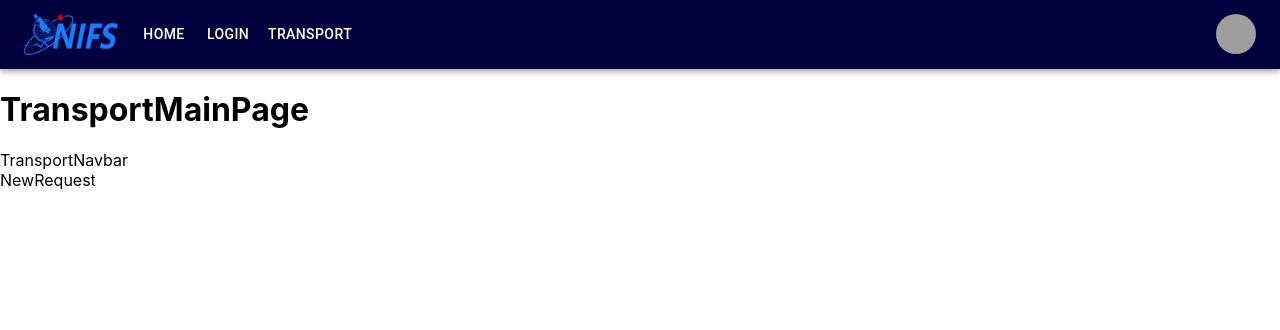
Repository: Ravindu97/NIFS_WebApplication
Page: /transport (app in client/)
The author's editor kept a copy of each file at every save. The page is drawn from the files as they stood at one save, then again after the next save.
The browser window is 1280 px wide. The pictures show the whole page.
Pictures or frames that could not be fetched are drawn as grey boxes. The project was rebuilt for these pictures with package versions that can differ from the ones it lists, and the page was loaded fresh each time. Also part of the build but not shown: client/src/pages/Home.js, client/src/pages/Login.js, client/src/components/Transport/RecommendedRequest.js.

Above is the page before, as saved 2022-06-30 19:18:31.

After the next save:
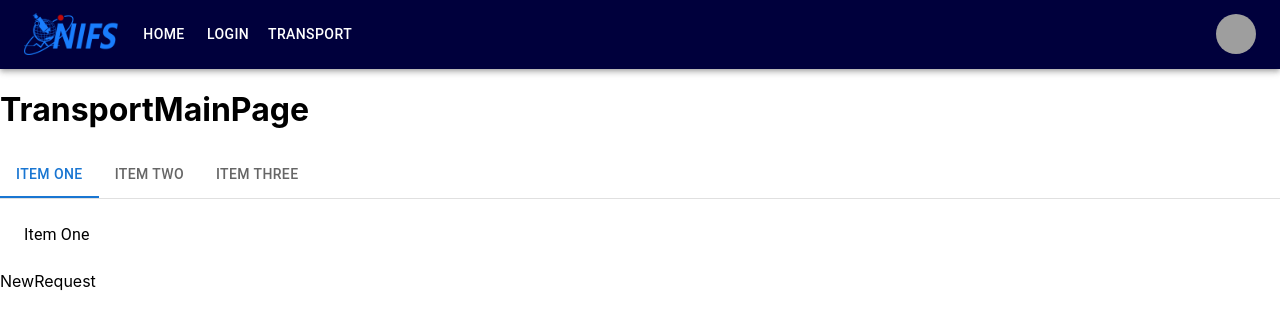
Saved 110 s later.
--- a/client/src/components/Transport/shared/TransportNavbar.js
+++ b/client/src/components/Transport/shared/TransportNavbar.js
@@ -1,7 +1,72 @@
-import React from 'react';
+import * as React from 'react';
+import PropTypes from 'prop-types';
+import Tabs from '@mui/material/Tabs';
+import Tab from '@mui/material/Tab';
+import Typography from '@mui/material/Typography';
+import Box from '@mui/material/Box';
 
-function TransportNavbar() {
-	return <div>TransportNavbar</div>;
+function TabPanel(props) {
+	const { children, value, index, ...other } = props;
+
+	return (
+		<div
+			role="tabpanel"
+			hidden={value !== index}
+			id={`simple-tabpanel-${index}`}
+			aria-labelledby={`simple-tab-${index}`}
+			{...other}
+		>
+			{value === index && (
+				<Box sx={{ p: 3 }}>
+					<Typography>{children}</Typography>
+				</Box>
+			)}
+		</div>
+	);
 }
 
-export default TransportNavbar;
+TabPanel.propTypes = {
+	children: PropTypes.node,
+	index: PropTypes.number.isRequired,
+	value: PropTypes.number.isRequired,
+};
+
+function a11yProps(index) {
+	return {
+		id: `simple-tab-${index}`,
+		'aria-controls': `simple-tabpanel-${index}`,
+	};
+}
+
+export default function TransportNavbar() {
+	const [value, setValue] = React.useState(0);
+
+	const handleChange = (event, newValue) => {
+		setValue(newValue);
+	};
+
+	return (
+		<Box sx={{ width: '100%' }}>
+			<Box sx={{ borderBottom: 1, borderColor: 'divider' }}>
+				<Tabs
+					value={value}
+					onChange={handleChange}
+					aria-label="basic tabs example"
+				>
+					<Tab label="Item One" {...a11yProps(0)} />
+					<Tab label="Item Two" {...a11yProps(1)} />
+					<Tab label="Item Three" {...a11yProps(2)} />
+				</Tabs>
+			</Box>
+			<TabPanel value={value} index={0}>
+				Item One
+			</TabPanel>
+			<TabPanel value={value} index={1}>
+				Item Two
+			</TabPanel>
+			<TabPanel value={value} index={2}>
+				Item Three
+			</TabPanel>
+		</Box>
+	);
+}

After the save that followed:
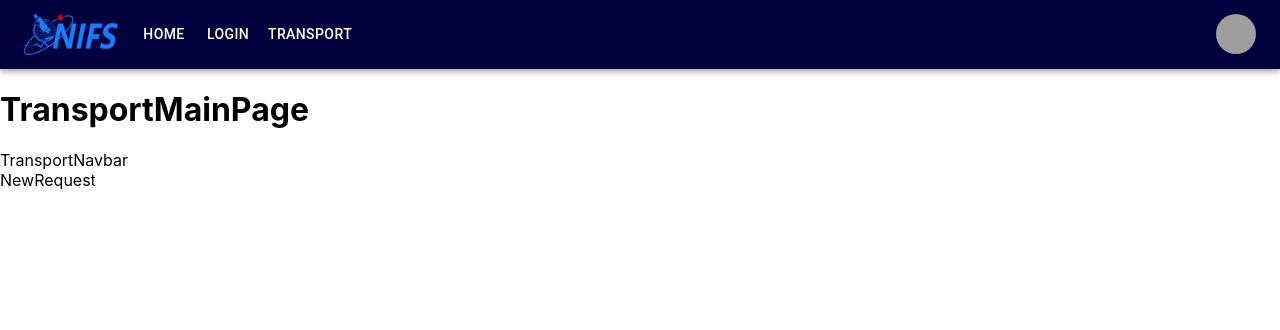
Saved 65 s later.
--- a/client/src/components/Transport/shared/TransportNavbar.js
+++ b/client/src/components/Transport/shared/TransportNavbar.js
@@ -1,72 +1,7 @@
-import * as React from 'react';
-import PropTypes from 'prop-types';
-import Tabs from '@mui/material/Tabs';
-import Tab from '@mui/material/Tab';
-import Typography from '@mui/material/Typography';
-import Box from '@mui/material/Box';
+import React from 'react';
 
-function TabPanel(props) {
-	const { children, value, index, ...other } = props;
-
-	return (
-		<div
-			role="tabpanel"
-			hidden={value !== index}
-			id={`simple-tabpanel-${index}`}
-			aria-labelledby={`simple-tab-${index}`}
-			{...other}
-		>
-			{value === index && (
-				<Box sx={{ p: 3 }}>
-					<Typography>{children}</Typography>
-				</Box>
-			)}
-		</div>
-	);
+function TransportNavbar() {
+	return <div>TransportNavbar</div>;
 }
 
-TabPanel.propTypes = {
-	children: PropTypes.node,
-	index: PropTypes.number.isRequired,
-	value: PropTypes.number.isRequired,
-};
-
-function a11yProps(index) {
-	return {
-		id: `simple-tab-${index}`,
-		'aria-controls': `simple-tabpanel-${index}`,
-	};
-}
-
-export default function TransportNavbar() {
-	const [value, setValue] = React.useState(0);
-
-	const handleChange = (event, newValue) => {
-		setValue(newValue);
-	};
-
-	return (
-		<Box sx={{ width: '100%' }}>
-			<Box sx={{ borderBottom: 1, borderColor: 'divider' }}>
-				<Tabs
-					value={value}
-					onChange={handleChange}
-					aria-label="basic tabs example"
-				>
-					<Tab label="Item One" {...a11yProps(0)} />
-					<Tab label="Item Two" {...a11yProps(1)} />
-					<Tab label="Item Three" {...a11yProps(2)} />
-				</Tabs>
-			</Box>
-			<TabPanel value={value} index={0}>
-				Item One
-			</TabPanel>
-			<TabPanel value={value} index={1}>
-				Item Two
-			</TabPanel>
-			<TabPanel value={value} index={2}>
-				Item Three
-			</TabPanel>
-		</Box>
-	);
-}
+export default TransportNavbar;
